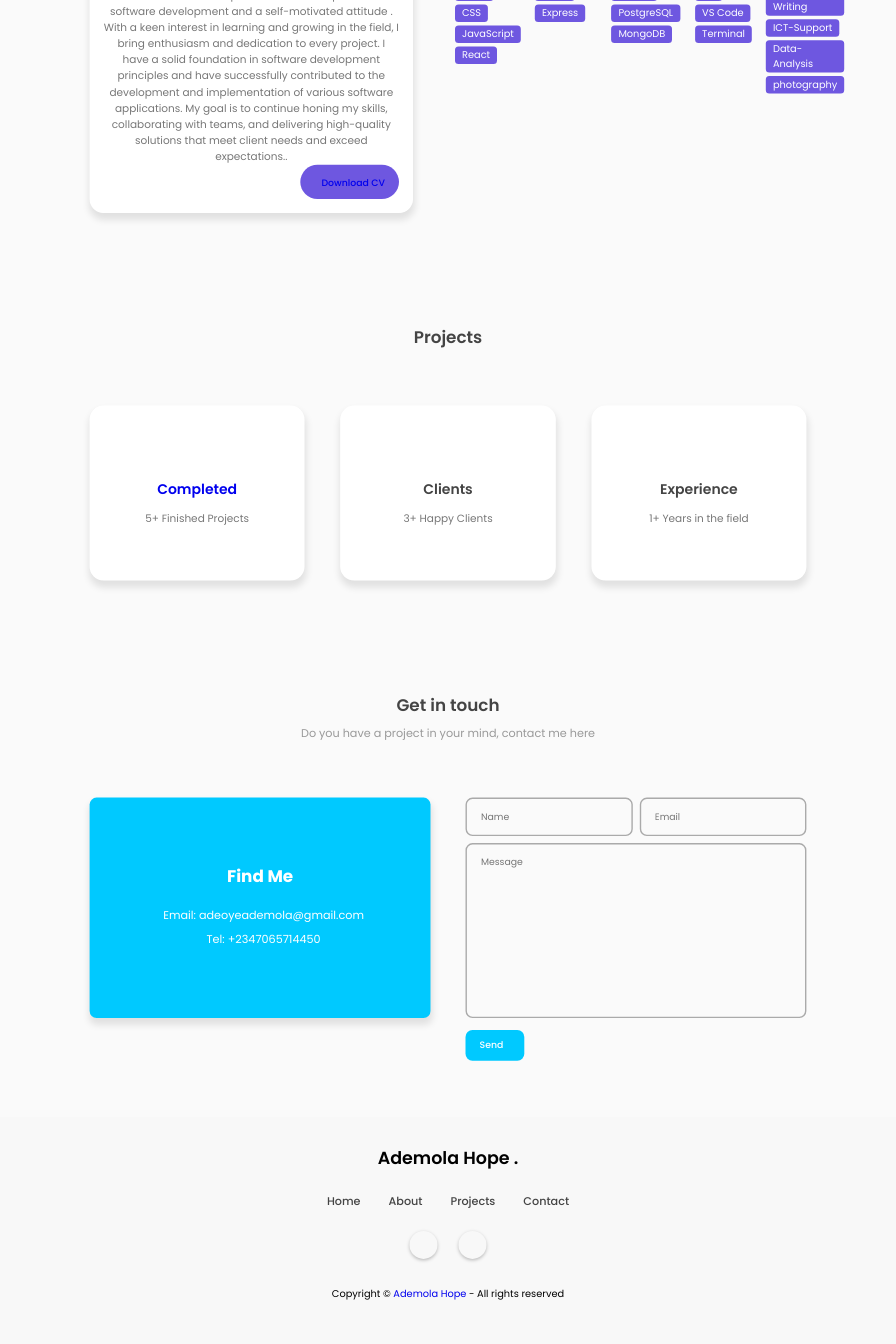
Repository: adehope1/My_Portfoilo
Page: index.html
The author's editor kept a copy of each file at every save. The page is drawn from the files as they stood at one save, then again after the next save.
The browser window is 1280 px wide. The pictures show the part of the page from y = 1008 to 2928 px (the page is 2928 px tall), at 70% of full size.
Some icons come from a web library that is not loaded, so they are not drawn.

Above is the page before, as saved 2024-09-02 14:50:21.
Not found: assets/css/style.css

### index.html
<!DOCTYPE html>
<html lang="en">
<head>
    <meta charset="UTF-8">
    <meta name="viewport" content="width=device-width, initial-scale=1.0">

    <!-- --------- UNICONS ---------- -->
    <link rel="stylesheet" href="https://unicons.iconscout.com/release/v4.0.8/css/line.css">

    <!-- --------- CSS ---------- -->
    <link rel="stylesheet" href="assets/css/style.css">

    <!-- --------- FAVICON ---------- -->
    <link rel="shortcut icon" href="assets/images/favicon.png" type="image/x-icon">
    <link rel="stylesheet" href="./index.css">

    <title>Portfolio</title>
</head>
<body>
   <div class="container">
    <!-- --------------- HEADER --------------- -->
      <nav id="header">
        <div class="nav-logo">
            <p class="nav-name">Mr Hope</p>
            <span>.</span>
        </div>
        <div class="nav-menu" id="myNavMenu">
            <ul class="nav_menu_list">
                <li class="nav_list">
                    <a href="#home" class="nav-link active-link">Home</a>
                    <div class="circle"></div>
                </li>
                <li class="nav_list">
                    <a href="#about" class="nav-link">About</a>
                    <div class="circle"></div>
                </li>
                <li class="nav_list">
                    <a href="#projects" class="nav-link">Projects</a>
                    <div class="circle"></div>
                </li>
                <li class="nav_list">
                    <a href="#contact" class="nav-link">Contact</a>
                    <div class="circle"></div>
                </li>
            </ul>
        </div>
        <div class="nav-button">
            <button class="btn"><i class="uil uil-file-alt"></i><a href="./assest/documents/tech-cve.pdf" download="tech-cve" style="text-decoration: none;">Download CV</a></button>
        </div>
        <div class="nav-menu-btn">
            <i class="uil uil-bars" onclick="myMenuFunction()"></i>
        </div>
      </nav>


    <!-- -------------- MAIN ---------------- -->
    <main class="wrapper">
       <!-- -------------- FEATURED BOX ---------------- -->
       <section class="featured-box" id="home">
          <div class="featured-text">
            <div class="featured-text-card">
                <span>Ademola Hope</span>
            </div>
            <div class="featured-name">
                <p>I'm <span class="typedText">Developer</span></p>
            </div>
            <div class="featured-text-info">
                <p>Experienced frontend developer with a passion for creating visually stunning
                   and user-friendly websites.
                </p>
            </div>
            <div class="featured-text-btn">
                <button class="btn blue-btn">Hire Me</button>
                <button class="btn"><i class="uil uil-file-alt"></i><a href="./assest/documents/tech-cve.pdf" download="tech-cve" style="text-decoration: none;">Download CV</a></button>
            </div>
            <div class="social_icons">
                <div class="icon"><a href="http://linkedin.com/adehope2021" target="_blank" rel="noopener noreferrer"></a><i class="uil uil-linkedin-alt"></i></div>
                <div class="icon"><a href="https://github.com/adehope1/" target="_blank"></a><i class="uil uil-github-alt"></i></div>
            </div>
          </div>
          <div class="featured-image">
            <div class="image">
                <img src="./assest/image/Mr Hope.jpg" alt="avatar">
            </div>
          </div>
          <div class="scroll-icon-box">
            <a href="#about" class="scroll-btn">
                <i class="uil uil-mouse-alt"></i>
                <p>Scroll Down</p>
            </a>
          </div>

       </section>
       <!-- -------------- ABOUT BOX ---------------- -->
       <section class="section" id="about">
          <div class="top-header">
            <h1>About Me</h1>
          </div>
          <div class="row">
            <div class="col">
                <div class="about-info">
                    <h3>My introduction</h3>
                    <p>I am a detail-oriented professional with a passion for software development and a self-motivated attitude . With a keen interest in learning and growing in the field, I bring enthusiasm and dedication to every project. I have a solid foundation in software development principles and have successfully contributed to the development and implementation of various software applications. My goal is to continue honing my skills, collaborating with teams, and delivering high-quality solutions that meet client needs and exceed expectations..
                    </p>
                    <div class="about-btn">
                        <button class="btn"><i class="uil uil-import"></i><a href="./assest/documents/tech-cve.pdf" download="tech-cve" style="text-decoration: none;">Download CV</a></button>
                    </div>
                </div>
            </div>
            <div class="col">
                <div class="skills-box">
                    <div class="skills-header">
                        <h3>Frontend</h3>
                    </div>
                    <div class="skills-list">
                        <span>HTML</span>
                        <span>CSS</span>
                        <span>JavaScript</span>
                        <span>React</span>
                    </div>
                </div>
                <div class="skills-box">
                    <div class="skills-header">
                        <h3>Backend</h3>
                    </div>
                    <div class="skills-list">
                        <span>Node</span>
                        <span>Express</span>
                    </div>
                </div>
                <div class="skills-box">
                    <div class="skills-header">
                        <h3>Database</h3>
                    </div>
                    <div class="skills-list">
                        <span>MySQL</span>
                        <span>PostgreSQL</span>
                        <span>MongoDB</span>
                    </div>
                </div>
                <div class="skills-box">
                    <div class="skills-header">
                        <h3>Tools</h3>
                    </div>
                    <div class="skills-list">
                        <span>Git</span>
                        <span>VS Code</span>
                        <span>Terminal</span>
                    </div>
                </div>
                <div class="skills-box">
                    <div class="skills-header">
                        <h3>Others</h3>
                    </div>
                    <div class="skills-list">
                        <span>Technical-Writing</span>
                        <span>ICT-Support</span>
                        <span>Data-Analysis</span>
                        <span>photography</span>
                    </div>

                </div>
            </div>
          </div>
       </section>

       <!-- -------------- PROJECT BOX ---------------- -->

       <section class="section" id="projects">
          <div class="top-header">
              <h1>Projects</h1>
          </div>
          <div class="project-container">
            <div class="project-box">
                <i class="uil uil-briefcase-alt"></i>
                <h3><a href="./assest/index2.html" target="_blank" style="text-decoration: none;">Completed</a></h3>
                <label>5+ Finished Projects</label>
            </div>
            <div class="project-box">
                <i class="uil uil-users-alt"></i>
                <h3>Clients</h3>
                <label>3+ Happy Clients</label>
            </div>
            <div class="project-box">
                <i class="uil uil-award"></i>
                <h3>Experience</h3>
                <label>1+ Years in the field</label>
            </div>
          </div>
       </section>

       <!-- -------------- CONTACT BOX ---------------- -->

       <section class="section" id="contact">
          <div class="top-header">
            <h1>Get in touch</h1>
            <span>Do you have a project in your mind, contact me here</span>
          </div>
          <div class="row">
             <div class="col">
                <div class="contact-info">
                    <h2>Find Me <i class="uil uil-corner-right-down"></i></h2>
                    <p><i class="uil uil-envelope"></i> Email: adeoyeademola@gmail.com</p>
                    <p><i class="uil uil-phone"></i> Tel: +2347065714450</p>
                </div>
             </div>
             <div class="col">
                <div class="form-control">
                    <div class="form-inputs">
                        <input type="text" class="input-field" placeholder="Name">
                        <input type="text" class="input-field" placeholder="Email">
                    </div>
                    <div class="text-area">
                        <textarea placeholder="Message"></textarea>
                    </div>
                    <div class="form-button">
                        <button class="btn">Send <a href="http://mail.google.com" target="_blank" rel="noopener noreferrer"></a><i class="uil uil-message"></i></button>
                    </div>
                </div>
             </div>
          </div>
       </section>

    </main>


    <!-- --------------- FOOTER --------------- -->
    <footer>
        <div class="top-footer">
            <p>Ademola Hope .</p>
        </div>
        <div class="middle-footer">
            <ul class="footer-menu">
                <li class="footer_menu_list">
                    <a href="#home">Home</a>
                </li>
                <li class="footer_menu_list">
                    <a href="#about">About</a>
                </li>
                <li class="footer_menu_list">
                    <a href="#projects">Projects</a>
                </li>
                <li class="footer_menu_list">
                    <a href="#contact">Contact</a>
                </li>
            </ul>
        </div>
        <div class="footer-social-icons">
            <div class="icon"><a href="https://linkedin.come/adehope2021" target="_blank"></a><i class="uil uil-linkedin-alt"></i></div>
            <div class="icon"><a href="https://github.com/adehope1/" target="_blank"><i class="uil uil-github-alt" ></i></a></div>
        </div>
        <div class="bottom-footer">
            <p>Copyright &copy; <a href="#home" style="text-decoration: none;">Ademola Hope</a> - All rights reserved</p>
        </div>
    </footer>

    </div>




    <!-- ----- TYPING JS Link ----- -->
     <script src="https://unpkg.com/typed.js@2.0.16/dist/typed.umd.js"></script>

       <!-- ----- SCROLL REVEAL JS Link----- -->
    <script src="https://unpkg.com/scrollreveal"></script>

    <!-- ----- MAIN JS ----- -->
    <script src="./index.js"></script>
</body>
</html>

Loaded but not shown: index.js (117 lines, source omitted); index.css (638 lines, source omitted)

After the next save:
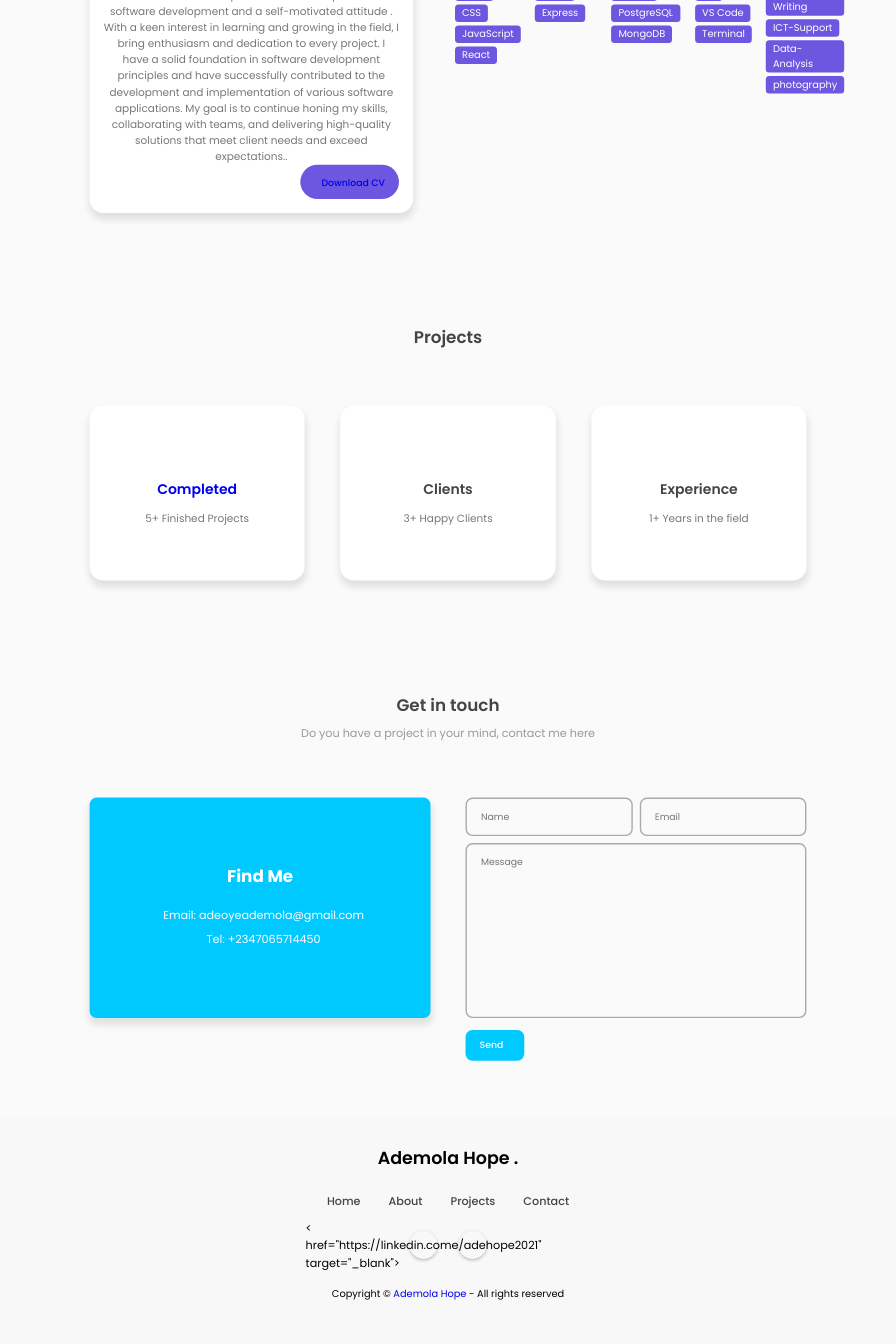
Saved 83 s later.
--- a/index.html
+++ b/index.html
@@ -246,7 +246,7 @@
             </ul>
         </div>
         <div class="footer-social-icons">
-            <div class="icon"><a href="https://linkedin.come/adehope2021" target="_blank"></a><i class="uil uil-linkedin-alt"></i></div>
+            <div class="icon">< href="https://linkedin.come/adehope2021" target="_blank"><i class="uil uil-linkedin-alt"></i></div>
             <div class="icon"><a href="https://github.com/adehope1/" target="_blank"><i class="uil uil-github-alt" ></i></a></div>
         </div>
         <div class="bottom-footer">

After the 3 saves that followed:
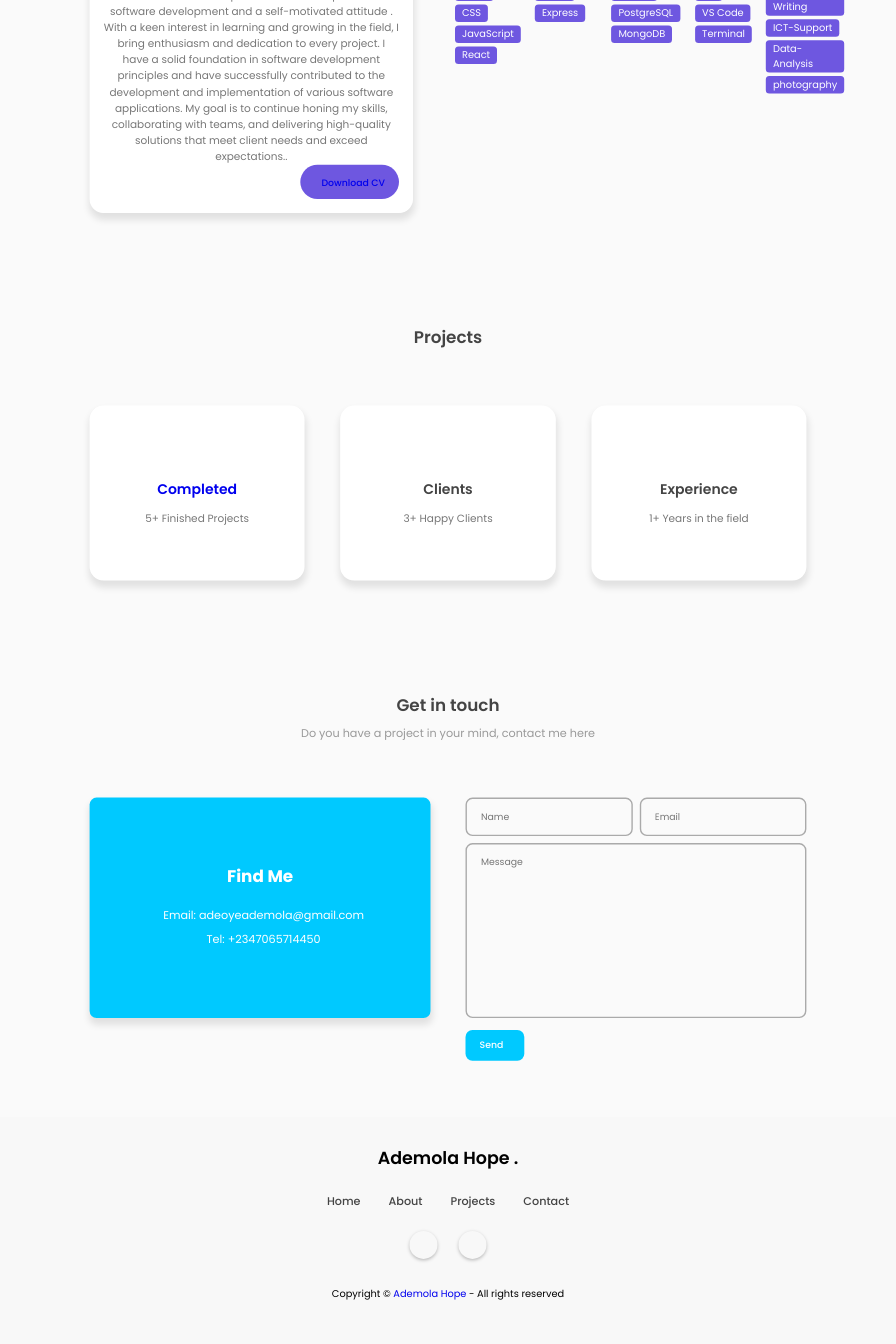
The 3 saves are shown as one change because they came seconds apart.
The last was saved 19 s later.
--- a/index.html
+++ b/index.html
@@ -246,7 +246,7 @@
             </ul>
         </div>
         <div class="footer-social-icons">
-            <div class="icon">< href="https://linkedin.come/adehope2021" target="_blank"><i class="uil uil-linkedin-alt"></i></div>
+            <div class="icon"><href="https://linkedin.come/adehope2021" target="_blank"><i class="uil uil-linkedin-alt"></i></a></div>
             <div class="icon"><a href="https://github.com/adehope1/" target="_blank"><i class="uil uil-github-alt" ></i></a></div>
         </div>
         <div class="bottom-footer">
